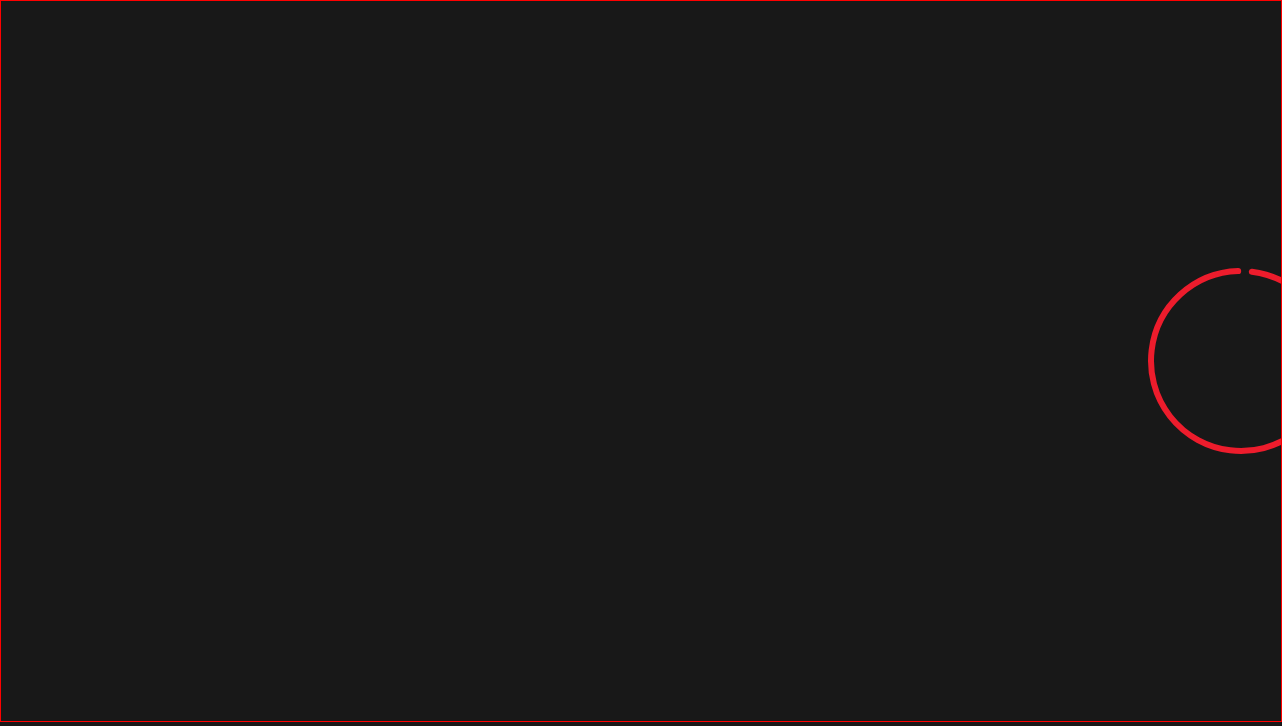
Repository: randy918/chris-canvas-52323
Page: index.html
The author's editor kept a copy of each file at every save. The page is drawn from the files as they stood at one save, then again after the next save.
The browser window is 1280 px wide. The page is 1282 px wide, so the pictures cover 1282 px, including what lies to the right of the window. The pictures show the whole page.
The style sheet was rebuilt from its Sass, Less or Tailwind sources for each picture, by a compiler version that may differ from the author's.

Above is the page before, as saved 2023-05-26 18:16:09.

### index.html
<!DOCTYPE html>
<html lang="en">
	<head>
		<meta charset="UTF-8" />
		<meta http-equiv="X-UA-Compatible" content="IE=edge" />
		<meta
			name="viewport"
			content="width=device-width, initial-scale=1.0"
		/>
		<link
			rel="stylesheet"
			href="css/main.css"
			<script
			src="https://ajax.googleapis.com/ajax/libs/jquery/3.6.3/jquery.min.js"
			defer
		/>

		<title>Canvas Resize</title>
	</head>

	<body>
		<canvas></canvas>

		<script src="js/myfunctions.js"></script>
		<script src="js/canvas.js"></script>
	</body>
</html>

<!-- ca1f26ba6eb2ba4fb641257b39d3bea7 -->

### js/myfunctions.js
//todo   function r(min, max)  Random integers, can be just 'max'
//todo   function getTime()--works! it is 72519.1414 format
//todo   function getCompleteDate()
//todo   function getMinute()
//todo   function getHour()
//todo   function getHour00()
//todo   function get24Hour()
//todo   function get24Hour00()
//todo   function getDay()
//todo   function getDay00()
//todo   function getMonth()
//todo   function getMonth00()
//todo   function getYear()
//todo   function getYear00()
//todo   function t()    eternal timestamp long number
//todo   function placeText(myIdClass, text)   unsure if it works?
//todo   function placeText2(myIdClass, text)   unsure if it works?
//todo   function getText(myIdClass)....brings whole line incl. tags
//todo   function getInnerText(myIdClass)
//todo   function getOuterText(myIdClass)
//todo   function addClass(myIdClass, newClass)
//todo   function removeClass(myIdClass, removeClass)
//todo   function changeBackgroundColor(myIdClass, color)
//todo   function changeTypeColor(myIdClass, color)
//todo   function changeTypeSize(myIdClass, size)
//todo   function addCSSText(myIdClass, text)



function r(min, max) {
  // 2.0, accepts single value for 1-x
  if (max === undefined) {
    max = min;
    min = 1;
  }
  const randomNumber = min - 1 + Math.ceil(Math.random() * (max + 1 - min));
  return randomNumber;
}
// may not be a real function
function getTime() {
  var today = new Date();
  var codeMonth = today.getMonth() + 1;
  var codeDay = today.getDate();
  if (codeDay < 10) {
    codeDay = "0" + codeDay;
  }
  var codeMinute = today.getMinutes();
  var codeHour = today.getHours();
  if (codeMinute < 10) {
    codeMinute = "0" + codeMinute;
  }
  if (codeHour < 10) {
    codeHour = "0" + codeHour;
  }
  var codeYear = today.getFullYear() - 2000;
  var dateTime =
    codeMonth + "" + codeDay + "" + codeYear + "." + codeHour + "" + codeMinute;
  // document.getElementById(`timeStamp`).innerHTML = dateTime;
  t = setTimeout(function () {
    getTime();
  }, 30000);
  return dateTime;
}

function getCompleteDate() {
  const today = new Date();
  return today;
}

function getMinute() {
  const today = new Date();
  const codeMinute = today.getMinutes();
  if (codeMinute < 10) {
    codeMinute = "0" + codeMinute;
  }
  return codeMinute;
}

function getMinute00() {
  const today = new Date();
  let codeMinute = today.getMinutes();
  if (codeMinute < 10) {
    codeMinute = "0" + codeMinute;
  }
  return codeMinute;
}

function getHour() {
  const today = new Date();
  let codeHour = today.getHours();
  if (codeHour > 12) {
    codeHour = codeHour - 12;
  }
  return codeHour;
}

function getAmPm() {
  let amPm = "am";
  const today = new Date();
  let codeHour = today.getHours();
  if (codeHour > 12) {
    amPm = "pm";
  }
  return amPm;
}

function getHour00() {
  const today = new Date();
  const codeHour = today.getHours();
  if (codeHour > 12) {
    codeHour = codeHour - 12;
  }
  if (codeHour < 10) {
    codeHour = "0" + codeHour;
  }
  return codeHour;
}

function get24Hour() {
  const today = new Date();
  const codeHour = today.getHours();
  return codeHour;
}

function get24Hour00() {
  const today = new Date();
  const codeHour = today.getHours();
  if (codeHour < 10) {
    codeHour = "0" + codeHour;
  }
  return codeHour;
}

function getDayVerbal() {
  const today = new Date();
  const codeDay = today.getDay() + 1;
  return theDay[codeDay];
}

function getDay00() {
  const today = new Date();
  const codeDay = today.getDate();
  if (codeDay < 10) {
    codeDay = "0" + codeDay;
  }
  return codeDay;
}

function getDay() {
  const today = new Date();
  const codeDay = today.getDate();
  return codeDay;
}

function getMonthVerbal() {
  const today = new Date();
  const codeMonth = today.getMonth() + 1;
  return theMonth[codeMonth];
}

function getMonth00() {
  const today = new Date();
  const codeMonth = today.getMonth() + 1;
  if (codeMonth < 10) {
    codeMonth = "0" + codeMonth;
  }
  return codeMonth;
}

function getMonth() {
  const today = new Date();
  const codeMonth = today.getMonth() + 1;
  return codeMonth;
}

function getYear00() {
  const today = new Date();
  const codeYear = today.getYear() - 100;
  if (codeYear < 10) {
    codeMYear = "0" + codeYear;
  }
  return codeYear;
}

function getYear() {
  const today = new Date();
  const codeYear = today.getYear() + 1900;
  return codeYear;
}

function t() {
  const now = new Date();
  eventTimestamp = now.getTime();
  // c(eventTimestamp);
  return eventTimestamp;
}
//    !  72419.1659 DOM MANIPULATION
//!
//!  placeText   element name, and text to put there--runs loosely?

function placeText(myIdClass, text) {
  const myElement = document.querySelector(myIdClass);
  myElement.innerText = text;
}
//    the function is longer than the original
// $(myIdClass).text(text)   <---works
function placeText2(myIdClass, text) {
  $(myIdClass).text(text);
}
function getText(myIdClass) {
  return document.querySelector(myIdClass);
}

function getInnerText(myIdClass) {
  return document.querySelector(myIdClass).innerHTML;
}

function getOuterText(myIdClass) {
  return document.querySelector(myIdClass).outerHTML;
}

function addClass(myIdClass, newClass) {
  document.querySelector(myIdClass).classList.add(newClass);
}

function removeClass(myIdClass, removeClass) {
  document.querySelector(myIdClass).classList.remove(removeClass);
}
// not sure what this one is for now
function containsClass(myIdClass, containsClass) {
  document.querySelector(myIdClass).classList.contains(containsClass);
}
// above, can switch and toggle  also  mmtuts YOUTUBE 29-31 USING JAVASCRIPT
function changeBackgroundColor(myId, color) {
  document.getElementById(myId).style.background = color;

  // document.querySelector(myIdClass).style.backgroundColor = color;
}

function changeTypeColor(myIdClass, color) {
  document.querySelector(myIdClass).style.color = color;
}

function changeTypeSize(myIdClass, size) {
  document.querySelector(myIdClass).style.fontSize = size;
}

function addCSSText(myIdClass, text) {
  document.querySelector(myIdClass).style.cssText = text;
}

//!  72519.1714    Common Basic VARIABLE ARRAYS
var theDay = new Array(
  "Zero",
  "Sunday",
  "Monday",
  "Tuesday",
  "Wednesday",
  "Thursday",
  "Friday",
  "Saturday"
);
var theDayMin3 = new Array(
  "Zero",
  "Sun.",
  "Mon.",
  "Tues.",
  "Wed.",
  "Thurs.",
  "Fri.",
  "Sat."
);
var theDayMin2 = new Array("Zero", "S", "M", "Tu", "W", "Th", "F", "S");
var theDayMin1 = new Array("Zero", "S", "M", "T", "W", "T", "F", "S");
var theMonth = new Array(
  "Zero",
  "January",
  "February",
  "March",
  "April",
  "May",
  "June",
  "July",
  "August",
  "September",
  "October",
  "November",
  "December"
);
var theMonthMin = new Array(
  "Zero",
  "Jan.",
  "Feb.",
  "Mar.",
  "Apr.",
  "May",
  "June",
  "July",
  "Aug.",
  "Sept.",
  "Oct.",
  "Nov.",
  "Dec."
);

function showDateTimeFormat() {
  const today = new Date();
  const formattedDate = new Intl.DateTimeFormat("en-US").format(today);
  const consoleFunctioningMessage = `
Console functioning: ${getDayVerbal()}, ${getMonthVerbal()} ${getDay()} at ${getHour()}:${getMinute00()}${getAmPm()}
  `;
  return consoleFunctioningMessage;
}
showDateTimeFormat();

console.log(`%c${showDateTimeFormat()}`, "font-size: 20px; color: gray");

//console.log("%cThis is a default font style", "color: blue; font-size: 20px");

### js/canvas.js
//!  121822.0826        FUNCTIONS

const init = function () {
	main();
};

window.onload = function () {
	init();
};

//!  123122.1839        MAIN================================================

const main = function () {
	//!  10123.1609  variables

	const canvas = document.querySelector("canvas");
	canvas.width = window.innerWidth;
	canvas.height = window.innerHeight;

	let defaultX = canvas.width / 2;
    let defaultY = canvas.height / 2;

    let dx = 2;


	const DEFAULTWIDTH = 200;
	const DEFAULTHEIGHT = 200;
	const DEFAULTSTROKEWIDTH = 6;

	let defaultWidth = DEFAULTWIDTH;
	let defaultHeight = DEFAULTHEIGHT;
	let defaultStrokeWidth = DEFAULTSTROKEWIDTH;

	const c = canvas.getContext("2d");

	//!  10123.1609 functions

	//!  10123.1609 LIBRARY

	const c_Animate = function () {
        requestAnimationFrame(c_Animate);
        c.clearRect(0, 0, innerWidth, innerHeight);

        c_Circle(defaultX, defaultY, 90);
        defaultX +=dx;


	};

	const c_Circle = function (
		defaultX,
		defaultY,
		size,
		defaultHeight
	) {
		c.beginPath();
		c.arc(defaultX, defaultY, size, -1.45, 1.49 * Math.PI);
		c.stroke();
	};

	const c_Fill = function (color, size) {
		c.fillStyle = color;
	};

	const c_Square = function (defaultX, defaultY, size) {
		c.beginPath();
		c.fillRect(
			defaultX - size / 2,
			defaultY - size / 2,
			size,
			size
		);
		c.stroke();
	};

	const c_Stroke = function (color, size) {
		c.strokeStyle = color;
		c.lineWidth = defaultStrokeWidth;
        c.lineCap = "round";

	};

	//!  10123.161 0  main body=========================================

	//line
	c_Stroke("#ed1c2c");
	c_Circle(defaultX, defaultY, 90);
	c_Fill("#05b500");
	c_Square(defaultX, defaultY, 90);
	c_Animate();
};

//!  123122.1839  END

### css/main.scss
$colors: (
    bg: rgba(55, 66, 76, 1),
    theGreen: rgba(0, 173, 43, 1),
    theRed: rgba(194, 47, 51, 1),
    theOrange: rgba(255, 103, 0, 1),
    theRodeoPink: #f1a1a4,
    theRodeoBlue: #7f86b0,
    theYellow: rgb(221, 172, 94),
    theGray: rgb(78, 92, 107),
    theBackground: rgba(241, 227, 214, 1),
    theDarkGray: rgba(43, 50, 56, 1),
    theBrown: rgba(101, 42, 36, 1),
    bitByBitRed: rgba(240, 44, 80, 1),
    bitByBitBlue: rgba(0, 79, 136, 1),
    bitByBitBlonde: rgba(241, 227, 214, 1),
    bbb2-TranquilSea: rgba(188, 199, 203, 1),
    bbb2-RedMyMind: rgba(143, 57, 56, 1),
    bbb2-SnowyPine: rgba(226, 223, 216, 1),
    bbb2-Basswood: rgba(188, 166, 142, 1),
    bbb2-CompassBlue: rgba(51, 66, 87, 1),
    f1: rgba(237, 28, 44, 1),
    f2: rgba(240, 87, 35, 1),
    f3: rgba(242, 203, 21, 1),
    f4: rgba(5, 181, 0, 1),
    f5: rgba(0, 29, 150, 1),
    f6: rgba(50, 50, 50, 1),
    f7: rgba(36, 36, 36, 1),
    f8: rgba(24, 24, 24, 1),
);

@function getColor($color-name) {
    @return map-get($colors, $color-name);
}

* {
    box-sizing: border-box;
    border: none;
}

body {
    color: getColor(bbb2-TranquilSea);
    background: getColor(f8);
    margin: 0;
}

h1 {
}

#inputValue {
    width: 40vw;
    font-size: 2vw;
    outline: none;
}

#search {
    color: beige;
    background-color: getColor(theDarkGray);
    outline: none;
    font-size: 2vw;
}

canvas {
    border: 1px solid red;
}

After the next save:
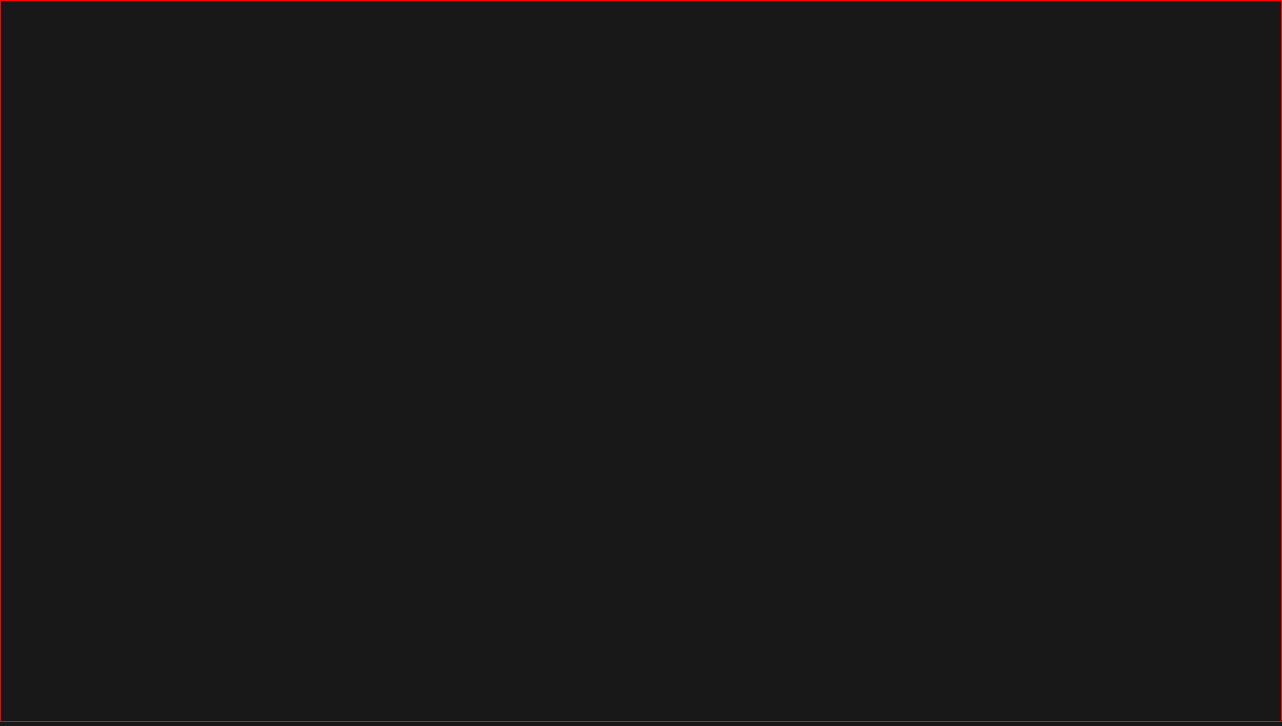
Saved 9 s later.
--- a/js/canvas.js
+++ b/js/canvas.js
@@ -20,7 +20,7 @@ const main = function () {
 	let defaultX = canvas.width / 2;
     let defaultY = canvas.height / 2;
 
-    let dx = 2;
+    let dx = 3;
 
 
 	const DEFAULTWIDTH = 200;
